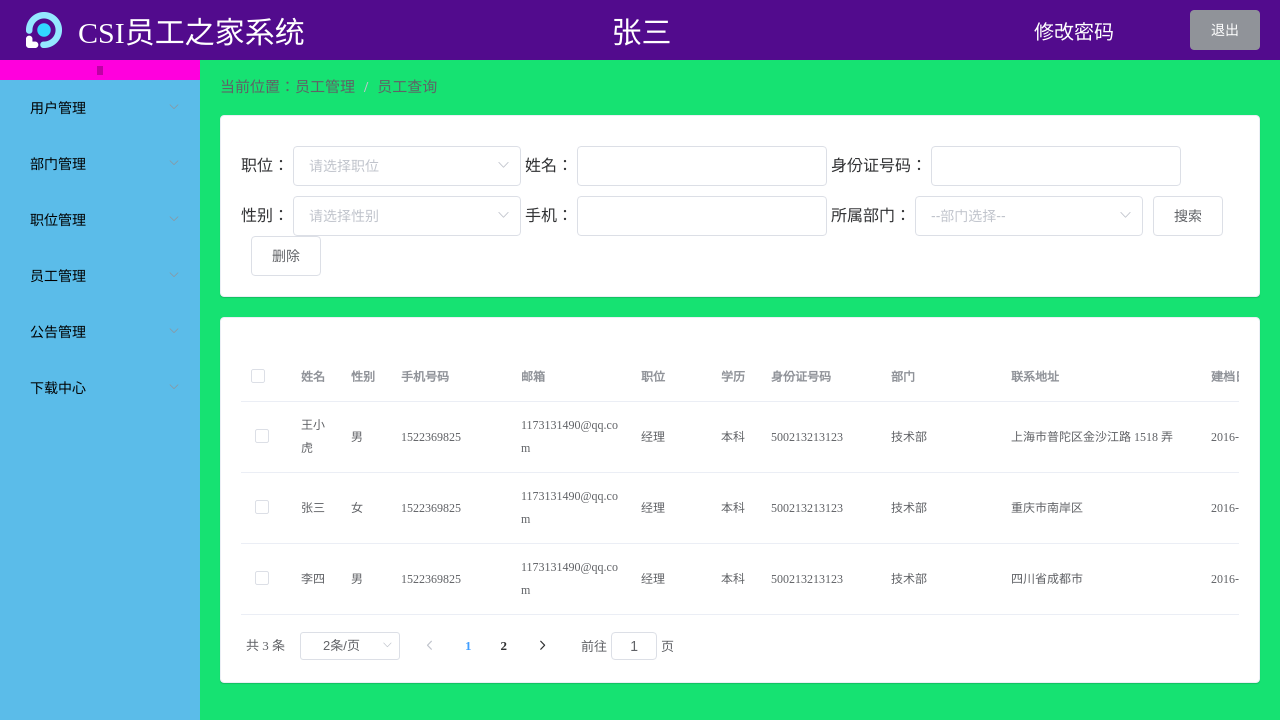
Repository: yuanquan-art/vue-cli
Page: /#/employee
These files come from the project's save history. The page is drawn as it stood at one moment and after the next save; the edit follows.
The browser window is 1280 px wide. The pictures show the whole page.
The project was rebuilt for these pictures with package versions that can differ from the ones it lists, and the page was loaded fresh each time. Also part of the build but not shown: vue.config.js, src/components/Login.vue, src/components/Face/Face.vue, src/components/user.vue, src/components/showAddUser.vue, src/components/showAddDept.vue, src/components/showUpdateDept.vue, src/components/showAddJob.vue and 9 more. Imported but missing from the stored project, and not drawn on this page: src/components/showUpdateUser.vue.

Above is the page before, as saved 2020-10-17 10:28:31.

After the next save:
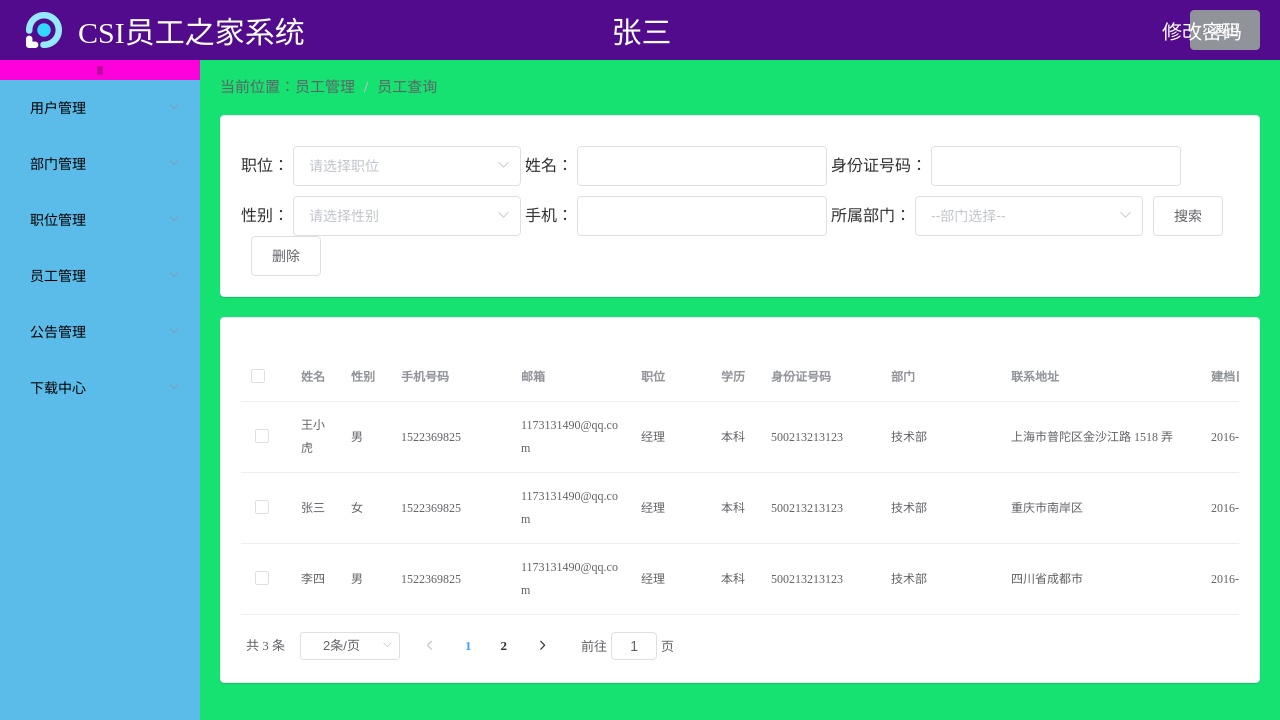
Saved 12 s later.
--- a/src/components/Home.vue
+++ b/src/components/Home.vue
@@ -247,7 +247,7 @@ export default {
     }
     .editPassword {
       position: absolute;
-      left: 80%;
+      left: 90%;
       font-size: 20px;
     }
   }
